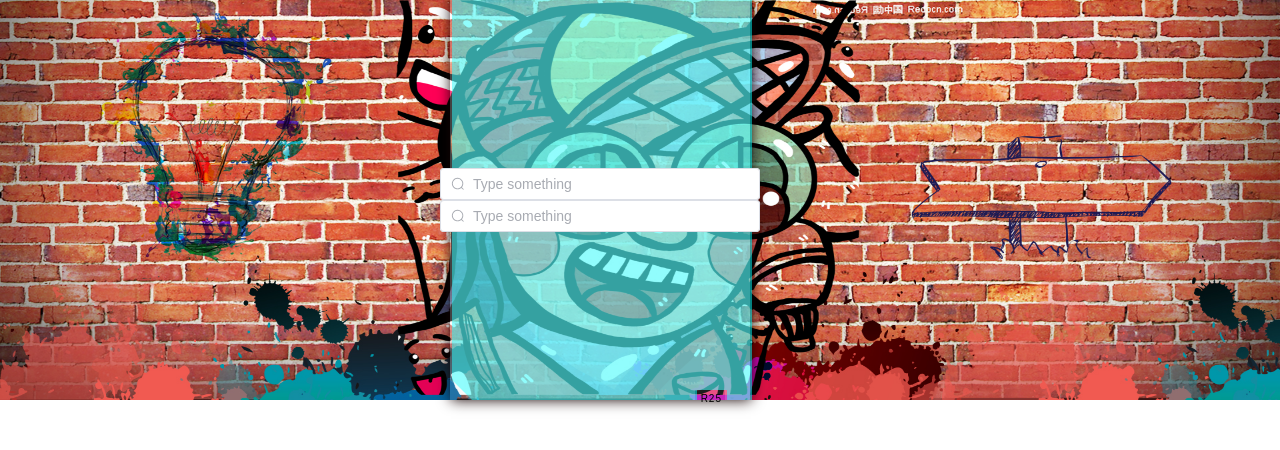
Repository: yezhonghu0503/brainstorming
Page: /
An editor plug-in stored every save of this project. The page is shown before and after a run of saves, followed by the edit.
The browser window is 1280 px wide. The pictures show the whole page.
The project was rebuilt for these pictures with package versions that can differ from the ones it lists, and the page was loaded fresh each time. Also part of the build but not shown: vite.config.ts.

Above is the page before, as saved 2022-10-11 18:08:57.

After the next 2 saves:
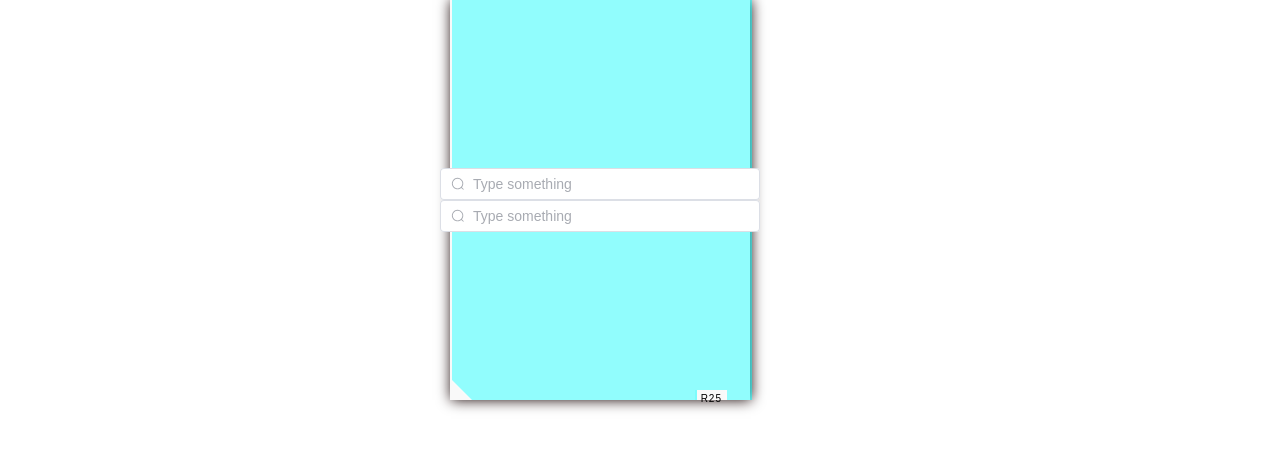
The 2 saves are shown as one change because they came seconds apart.
The last was saved 18 s later.
--- a/src/views/login/index.vue
+++ b/src/views/login/index.vue
@@ -17,15 +17,7 @@
 </template>
 
 <style>
-body{
-  background-image: url("../../static/img/bg3.jpg");
-  background-repeat: no-repeat;
-  background-size: 100% 100%;
-  box-sizing: border-box;
-  padding: 0;
-  margin: 0;
-  font-family: BlenderProBold, "PingFang SC", "Microsoft Yahei", sans-serif;
-}
+
 .cyberpunk{
     position: relative;
     left:450px;

After the 2 saves that followed:
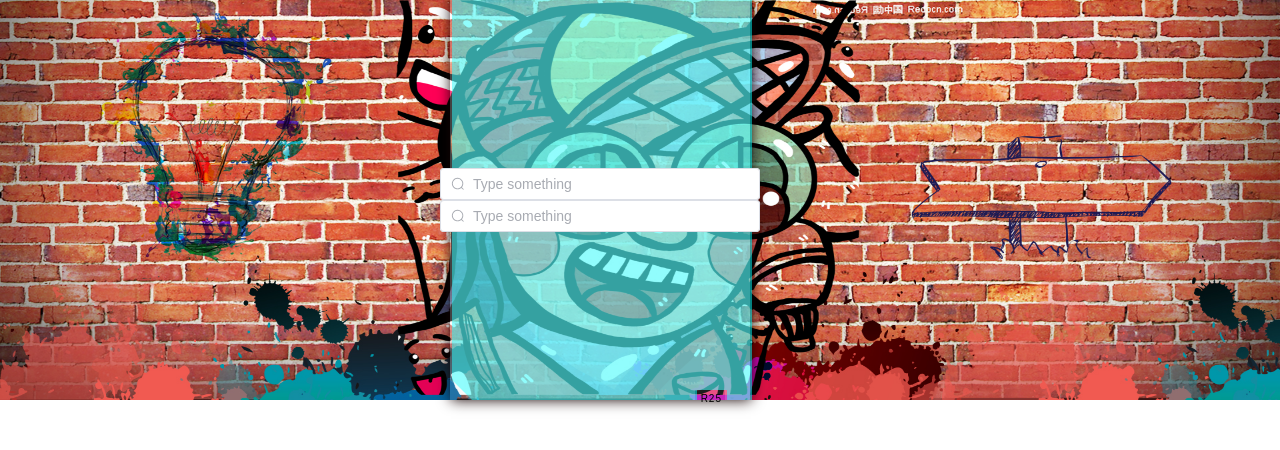
The 2 saves are shown as one change because they came seconds apart.
The last was saved 15 s later.
--- a/src/views/login/index.vue
+++ b/src/views/login/index.vue
@@ -17,7 +17,15 @@
 </template>
 
 <style>
-
+body{
+  background-image: url("../../static/img/bg3.jpg");
+  background-repeat: no-repeat;
+  background-size: 100% 100%;
+  box-sizing: border-box;
+  padding: 0;
+  margin: 0;
+  font-family: BlenderProBold, "PingFang SC", "Microsoft Yahei", sans-serif;
+}
 .cyberpunk{
     position: relative;
     left:450px;
